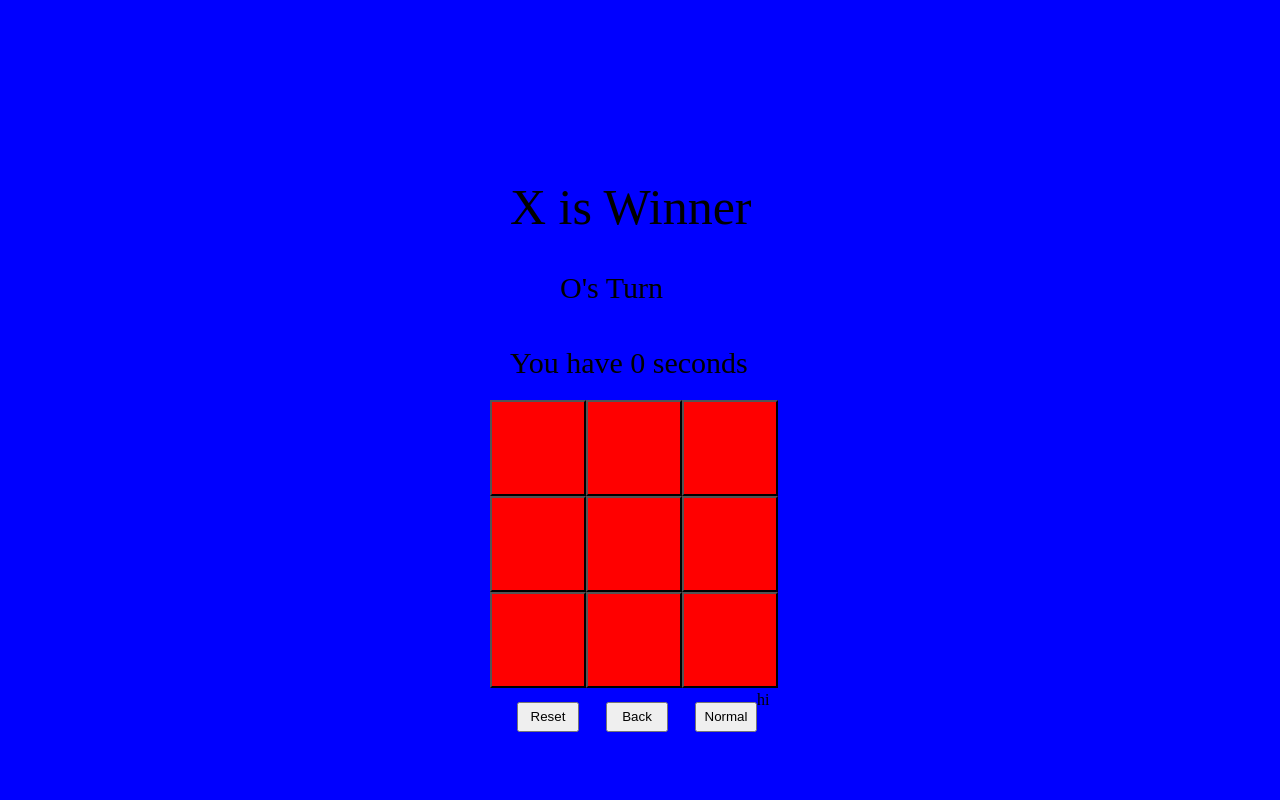
Repository: Mush-s/Folio-OX
Page: /game
The author's editor kept a copy of each file at every save. The page is drawn from the files as they stood at one save, then again after a run of saves.
The browser window is 1280 px wide. The pictures show the whole page.
The project was rebuilt for these pictures with package versions that can differ from the ones it lists, and the page was loaded fresh each time. Also part of the build but not shown: src/Start/Start.css, src/Start/Start.js.

Above is the page before, as saved 2022-09-02 18:36:45.

### src/index.js
import { createRoot } from "react-dom/client";
import { BrowserRouter } from "react-router-dom";
import { ReactDOM } from "react";
import AfterGame from "./TicTacToe/AfterGame/AfterGame";

import App from "./App";
const container = document.getElementById("root");
const root = createRoot(container);
root.render(
  <BrowserRouter>
    <App />
  </BrowserRouter>
);

export const OverLay = () => {
  return ReactDOM.createPortal(
    <AfterGame />,
    document.getElementById("portal")
  );
};

### src/TicTacToe/AfterGame/AfterGame.js
const AfterGame = () => {
  return <div>hi</div>;
};

export default AfterGame;

### src/App.js
import "./App.css";
import Game from "./TicTacToe/Game/Game";
import Start from "./Start/Start";
import { Route, Routes } from "react-router-dom";

const App = () => {
  return (
    <div className="app">
      <Routes>
        <Route path="/" element={<Start />} exact/>
        <Route path="/game" element={<Game />} />
      </Routes>
    </div>
  );
};

export default App;

### src/App.css
.app {
  position: relative;
  height: 50em;
  background-color: blue;
}
/* Document
 * ========================================================================== */

/**
 * 1. Add border box sizing in all browsers (opinionated).
 * 2. Backgrounds do not repeat by default (opinionated).
 */

*,
::before,
::after {
  box-sizing: border-box; /* 1 */
  background-repeat: no-repeat; /* 2 */
}

/**
  * 1. Add text decoration inheritance in all browsers (opinionated).
  * 2. Add vertical alignment inheritance in all browsers (opinionated).
  */

::before,
::after {
  text-decoration: inherit; /* 1 */
  vertical-align: inherit; /* 2 */
}

/**
  * 1. Use the default cursor in all browsers (opinionated).
  * 2. Change the line height in all browsers (opinionated).
  * 3. Breaks words to prevent overflow in all browsers (opinionated).
  * 4. Use a 4-space tab width in all browsers (opinionated).
  * 5. Remove the grey highlight on links in iOS (opinionated).
  * 6. Prevent adjustments of font size after orientation changes in iOS.
  */

:where(:root) {
  cursor: default; /* 1 */
  line-height: 1.5; /* 2 */
  overflow-wrap: break-word; /* 3 */
  -moz-tab-size: 4; /* 4 */
  tab-size: 4; /* 4 */
  -webkit-tap-highlight-color: transparent; /* 5 */
  -webkit-text-size-adjust: 100%; /* 6 */
  text-size-adjust: 100%; /* 6 */
}

/* Sections
  * ========================================================================== */

/**
  * Remove the margin in all browsers (opinionated).
  */

:where(body) {
  margin: 0;
}

/**
  * Correct the font size and margin on `h1` elements within `section` and
  * `article` contexts in Chrome, Edge, Firefox, and Safari.
  */

:where(h1) {
  font-size: 2em;
  margin: 0.67em 0;
}

/* Grouping content
  * ========================================================================== */

/**
  * Remove the margin on nested lists in Chrome, Edge, and Safari.
  */

:where(dl, ol, ul) :where(dl, ol, ul) {
  margin: 0;
}

/**
  * 1. Correct the inheritance of border color in Firefox.
  * 2. Add the correct box sizing in Firefox.
  */

:where(hr) {
  color: inherit; /* 1 */
  height: 0; /* 2 */
}

/**
  * Remove the list style on navigation lists in all browsers (opinionated).
  */

:where(nav) :where(ol, ul) {
  list-style-type: none;
  padding: 0;
}

/**
  * Prevent VoiceOver from ignoring list semantics in Safari (opinionated).
  */

:where(nav li)::before {
  content: "\200B";
  float: left;
}

/**
  * 1. Correct the inheritance and scaling of font size in all browsers.
  * 2. Correct the odd `em` font sizing in all browsers.
  * 3. Prevent overflow of the container in all browsers (opinionated).
  */

:where(pre) {
  font-family: monospace, monospace; /* 1 */
  font-size: 1em; /* 2 */
  overflow: auto; /* 3 */
}

/* Text-level semantics
  * ========================================================================== */

/**
  * Add the correct text decoration in Safari.
  */

:where(abbr[title]) {
  text-decoration: underline;
  text-decoration: underline dotted;
}

/**
  * Add the correct font weight in Chrome, Edge, and Safari.
  */

:where(b, strong) {
  font-weight: bolder;
}

/**
  * 1. Correct the inheritance and scaling of font size in all browsers.
  * 2. Correct the odd `em` font sizing in all browsers.
  */

:where(code, kbd, samp) {
  font-family: monospace, monospace; /* 1 */
  font-size: 1em; /* 2 */
}

/**
  * Add the correct font size in all browsers.
  */

:where(small) {
  font-size: 80%;
}

/* Embedded content
  * ========================================================================== */

/*
  * Change the alignment on media elements in all browsers (opinionated).
  */

:where(audio, canvas, iframe, img, svg, video) {
  vertical-align: middle;
}

/**
  * Remove the border on iframes in all browsers (opinionated).
  */

:where(iframe) {
  border-style: none;
}

/**
  * Change the fill color to match the text color in all browsers (opinionated).
  */

:where(svg:not([fill])) {
  fill: currentColor;
}

/* Tabular data
  * ========================================================================== */

/**
  * 1. Collapse border spacing in all browsers (opinionated).
  * 2. Correct table border color in Chrome, Edge, and Safari.
  * 3. Remove text indentation from table contents in Chrome, Edge, and Safari.
  */

:where(table) {
  border-collapse: collapse; /* 1 */
  border-color: currentColor; /* 2 */
  text-indent: 0; /* 3 */
}

/* Forms
  * ========================================================================== */

/**
  * Remove the margin on controls in Safari.
  */

:where(button, input, select) {
  margin: 0;
}

/**
  * Correct the inability to style buttons in iOS and Safari.
  */

:where(button, [type="button" i], [type="reset" i], [type="submit" i]) {
  -webkit-appearance: button;
}

/**
  * Change the inconsistent appearance in all browsers (opinionated).
  */

:where(fieldset) {
  border: 1px solid #a0a0a0;
}

/**
  * Add the correct vertical alignment in Chrome, Edge, and Firefox.
  */

:where(progress) {
  vertical-align: baseline;
}

/**
  * 1. Remove the margin in Firefox and Safari.
  * 3. Change the resize direction in all browsers (opinionated).
  */

:where(textarea) {
  margin: 0; /* 1 */
  resize: vertical; /* 3 */
}

/**
  * 1. Correct the odd appearance in Chrome, Edge, and Safari.
  * 2. Correct the outline style in Safari.
  */

:where([type="search" i]) {
  -webkit-appearance: textfield; /* 1 */
  outline-offset: -2px; /* 2 */
}

/**
  * Correct the cursor style of increment and decrement buttons in Safari.
  */

::-webkit-inner-spin-button,
::-webkit-outer-spin-button {
  height: auto;
}

/**
  * Correct the text style of placeholders in Chrome, Edge, and Safari.
  */

::-webkit-input-placeholder {
  color: inherit;
  opacity: 0.54;
}

/**
  * Remove the inner padding in Chrome, Edge, and Safari on macOS.
  */

::-webkit-search-decoration {
  -webkit-appearance: none;
}

/**
  * 1. Correct the inability to style upload buttons in iOS and Safari.
  * 2. Change font properties to `inherit` in Safari.
  */

::-webkit-file-upload-button {
  -webkit-appearance: button; /* 1 */
  font: inherit; /* 2 */
}

/* Interactive
  * ========================================================================== */

/*
  * Add the correct styles in Safari.
  */

:where(dialog) {
  background-color: white;
  border: solid;
  color: black;
  height: -moz-fit-content;
  height: fit-content;
  left: 0;
  margin: auto;
  padding: 1em;
  position: absolute;
  right: 0;
  width: -moz-fit-content;
  width: fit-content;
}

:where(dialog:not([open])) {
  display: none;
}

/*
  * Add the correct display in Safari.
  */

:where(details > summary:first-of-type) {
  display: list-item;
}

/* Accessibility
  * ========================================================================== */

/**
  * Change the cursor on busy elements in all browsers (opinionated).
  */

:where([aria-busy="true" i]) {
  cursor: progress;
}

/*
  * Change the cursor on disabled, not-editable, or otherwise
  * inoperable elements in all browsers (opinionated).
  */

:where([aria-disabled="true" i], [disabled]) {
  cursor: not-allowed;
}

/*
  * Change the display on visually hidden accessible elements
  * in all browsers (opinionated).
  */

:where([aria-hidden="false" i][hidden]) {
  display: initial;
}

:where([aria-hidden="false" i][hidden]:not(:focus)) {
  clip: rect(0, 0, 0, 0);
  position: absolute;
}

### src/TicTacToe/Game/Game.js
import { useEffect, useState } from "react";
import Cell from "./Cell";
import { Pattern } from "../Patterns/Pattern";
import GameButtons from "./GameButtons/GameButtons";

import "./Game.css";
import Test from "../AfterGame/AfterGame";

const Game = () => {
  const [player, setPlayer] = useState("O");
  const [countDown, setCountDown] = useState(8);
  const [gameOver, setGameOver] = useState(false);
  const [result, setResult] = useState();
  const [mode, setMode] = useState("Normal");
  const [time, setTime] = useState(5);

  const [cellValues, setCellValues] = useState([
    "",
    "",
    "",
    "",
    "",
    "",
    "",
    "",
    "",
  ]);

  useEffect(() => {
    checkWin();
  });

  let timer;
  const updataCount = () => {
    timer = setInterval(() => {
      setTime((preC) => preC - 1);
    }, 1000);

    if (time === 0) {
      clearInterval(timer);
      if (player === "O") {
        setResult("X is Winner");
        setGameOver(true);
      }
      if (player === "X") {
        setResult("O is Winner");
        setGameOver(true);
      }
    }
  };

  useEffect(() => {
    updataCount();
    console.log(time);
    return () => clearInterval(timer);
  });

  useEffect(() => {
    setTime(5);
  }, [player]);

  const isCellEmpty = (index) => cellValues[index] === "";

  //Cell Clicked ここから

  const clickHandler = (index) => {
    if (isCellEmpty(index)) {
      setCountDown(countDown - 1);
      const newCellValues = [...cellValues];
      newCellValues[index] = player;
      setCellValues(newCellValues);

      if (player === "O") {
        setPlayer("X");
      } else {
        setPlayer("O");
      }

      if (countDown === 0) {
        setGameOver(true);
        setResult("引き分けです");
      }
      // Repaint mode 処理
    } else {
      if (mode === "Repaint") {
        setCountDown(countDown - 1);
        const newCellValues = [...cellValues];
        newCellValues[index] = player;
        setCellValues(newCellValues);

        if (player === "O") {
          setPlayer("X");
        } else {
          setPlayer("O");
        }
      }
      setMode("Normal");
    }
  };

  //Reset Button ここから

  const resetHandler = () => {
    setPlayer("O");
    setCountDown(8);
    setCellValues(["", "", "", "", "", "", "", "", ""]);
    setResult();
  };

  //Back button ここから

  const backHandler = () => {
    // setCountDown(countDown + 1);
    // const backedValues = [...cellValues]
    // setCellValues(backedValues)
    // if (player === "O") {
    //   setPlayer("X");
    // } else {
    //   setPlayer("O");
    // }
  };

  //Change button ここから

  const ChangeHandler = () => {
    if (mode === "Normal") {
      setMode("Repaint");
    }
    if (mode === "Repaint") {
      setMode("Normal");
    }
  };
  //勝ち負け判定

  const checkWin = () => {
    Pattern.forEach((currPa) => {
      const firstPlayer = cellValues[currPa[0]];
      if (firstPlayer === "") return;
      console.log(cellValues[currPa[0]]);
      let foundWiiningPattern = true;
      currPa.forEach((i) => {
        if (cellValues[i] !== firstPlayer) {
          foundWiiningPattern = false;
        }
      });

      if (foundWiiningPattern) {
        if (player === "O") {
          setResult("X is Winner");
          setGameOver(true);
        } else {
          setResult("O is Winner");
          setGameOver(true);
        }
      }
    });
  };
  return (
    <div className="game">
      <div className="result">{result}</div>
      <div className="turn">{player}'s Turn</div>
      <p className="timer">You have {time} seconds</p>
      {cellValues.map((value, index) => (
        <Cell key={index} value={value} onClick={() => clickHandler(index)} />
      ))}
      <GameButtons
        mode={mode}
        onClick={resetHandler}
        onBack={backHandler}
        onChange={ChangeHandler}
      />
      <Test gameOver={gameOver} />
    </div>
  );
};

export default Game;

### src/TicTacToe/Game/Cell.js
import "./Cell.css";

const Cell = (props) => {
  return (
    <div className="cell flat border">
      <button onClick={props.onClick}>{props.value}</button>
    </div>
  );
};

export default Cell;

### src/TicTacToe/Patterns/Pattern.js
export const Pattern = [
  [0, 1, 2],
  [3, 4, 5],
  [6, 7, 8],
  [0, 3, 6],
  [1, 4, 7],
  [2, 5, 8],
  [0, 4, 8],
  [2, 4, 6],
];

### src/TicTacToe/Game/GameButtons/GameButtons.js
import "./GameButtons.css";

const GameOver = (props) => {
  return (
    <div className="gameover">
      <button onClick={props.onClick}>Reset</button>
      <button onClick={props.onBack}>Back</button>
      <button onClick={props.onChange}>{props.mode}</button>
    </div>
  );
};

export default GameOver;

### src/TicTacToe/Game/Game.css
.game {
  position: absolute;
  top: 40%;
  left: 50%;
  margin-right: -50%;
  transform: translate(-50%, -50%);
  height: 300px;
  width: 300px;
  display: flex;
  flex-wrap: wrap;
}

.game .result {
  font-size: 50px;
  margin-bottom: 20px;
margin-left:20px;
}

.game .timer {
  font-size: 30px;
  margin-bottom: 15px;
  margin-left:20px;
}

.game .turn {
  font-size: 30px;
  margin-left:70px;
}

### src/TicTacToe/Game/Cell.css
.cell {
    height: 32%;
    width: 32%;
}
.cell button{
  width:100%;
  height:100%;
  color:aqua;
  background-color: red;
}


  .flat.border:hover {
    background: #ff9300;
    color: #fff;
  }
  .flat.border:active, .flat.border:focus {
    top: 2px;
  }

### src/TicTacToe/Game/GameButtons/GameButtons.css
.gameover {
  text-align: center;
  font-size: 30px;
}

.gameover button {
  width: 62px;
  height: 30px;
  margin-left: 27px;
}

Loaded but not shown: public/index.html (common file)

After the next 4 saves:
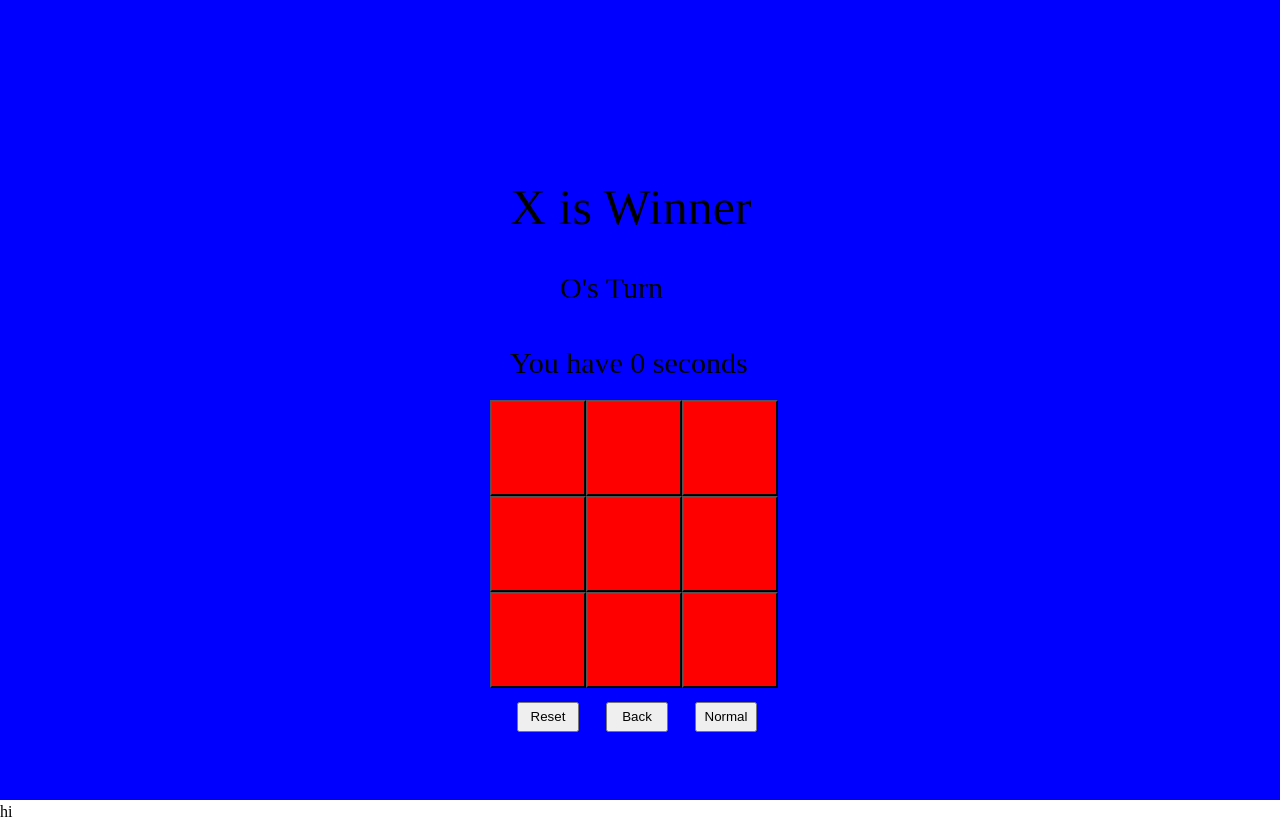
The 4 saves are shown as one change because 3 did not build or start.
The last was saved 9 min 28 s later.
--- a/src/index.js
+++ b/src/index.js
@@ -1,6 +1,6 @@
 import { createRoot } from "react-dom/client";
 import { BrowserRouter } from "react-router-dom";
-import { ReactDOM } from "react";
+import ReactDOM from "react-dom";
 import AfterGame from "./TicTacToe/AfterGame/AfterGame";
 
 import App from "./App";
--- a/src/TicTacToe/Game/Game.js
+++ b/src/TicTacToe/Game/Game.js
@@ -4,7 +4,7 @@ import { Pattern } from "../Patterns/Pattern";
 import GameButtons from "./GameButtons/GameButtons";
 
 import "./Game.css";
-import Test from "../AfterGame/AfterGame";
+import { OverLay } from "../..";
 
 const Game = () => {
   const [player, setPlayer] = useState("O");
@@ -169,7 +169,7 @@ const Game = () => {
         onBack={backHandler}
         onChange={ChangeHandler}
       />
-      <Test gameOver={gameOver} />
+      <OverLay gameOver={gameOver} />
     </div>
   );
 };
